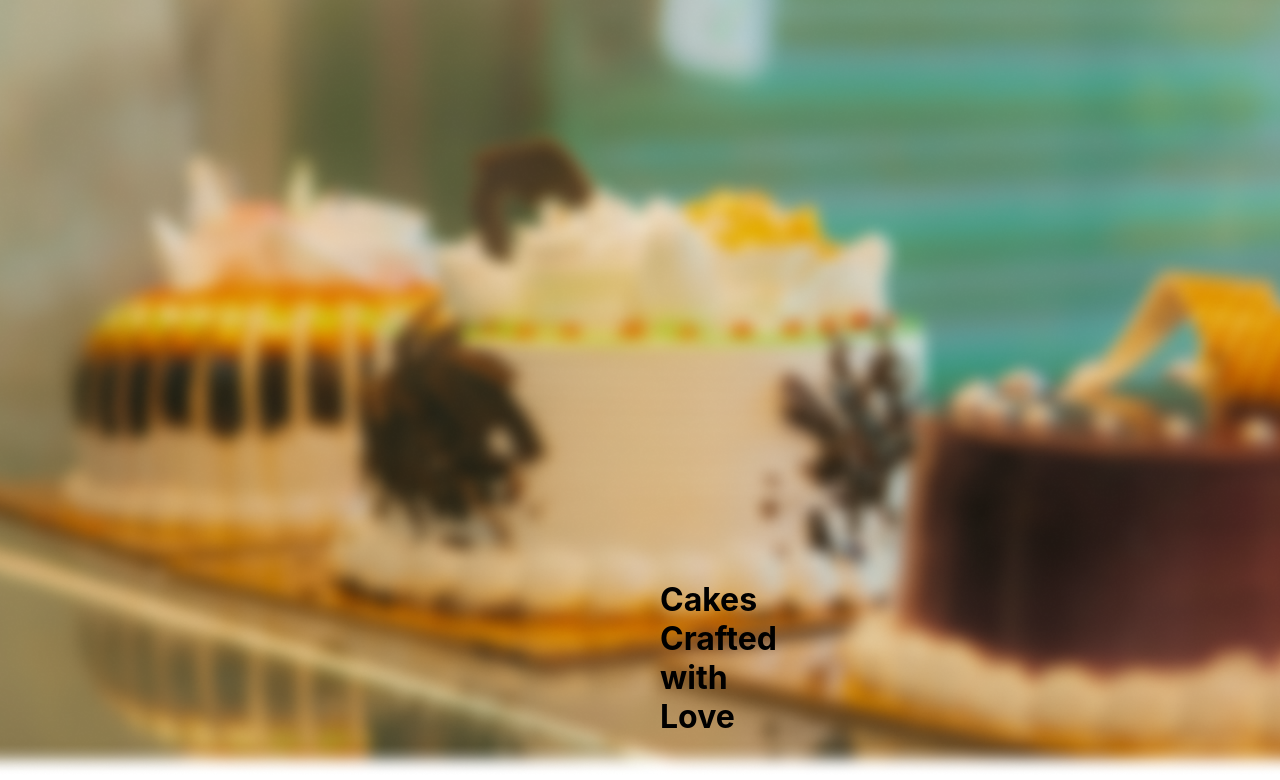
Repository: MEROO1010/cake-box-website
Page: / (app in Cake_box/cake_website/cake_frontend/)
These files come from the project's save history. The page is drawn as it stood at one moment and after the next save; the edit follows.
The browser window is 1280 px wide. The pictures show the whole page.
The project was rebuilt for these pictures with package versions that can differ from the ones it lists, and the page was loaded fresh each time.

Above is the page before, as saved 2024-10-22 11:55:01.

### Cake_box/cake_website/cake_frontend/src/App.jsx
import { BrowserRouter as Router, Routes, Route } from 'react-router-dom';
import  Homepage from './components/HomePage/Homepage';

function App() {
    return (
        <Router>
            <Routes>
                <Route path="/" element={<Homepage />} />
            </Routes>
        </Router>
    );
}

export default App;

### Cake_box/cake_website/cake_frontend/src/components/HomePage/Homepage.jsx
import React from 'react'
import Homepagebg from '../assets/HomePage.png';
import styled from 'styled-components';

const Homepage = () => {
  return (
    <Container>

    <img src={Homepagebg} alt=""/>

    <h1>Cakes<br/> Crafted<br/> with<br/> Love</h1>

    </Container>
  )
}

export default Homepage

const Container = styled.div `
   img{
    width: 100%;

   }

   h1{
    color:black;
    margin-left:660px;
    margin-top:-200px;
    padding-bottom:10px;
   }

  `

Loaded but not shown: Cake_box/cake_website/cake_frontend/public/index.html (common file); Cake_box/cake_website/cake_frontend/src/index.js (common file); Cake_box/cake_website/cake_frontend/src/index.css (common file); Cake_box/cake_website/cake_frontend/src/reportWebVitals.js (common file)

After the next save:
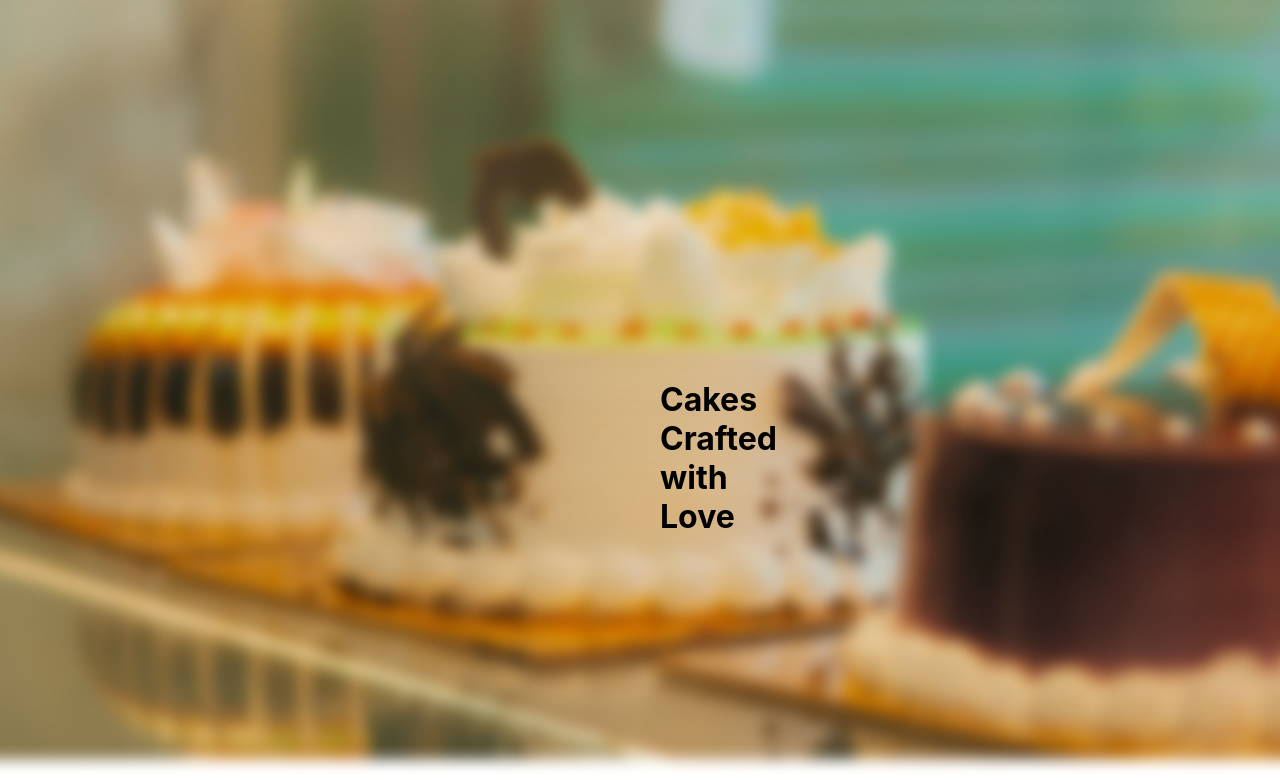
Saved 8 s later.
--- a/Cake_box/cake_website/cake_frontend/src/components/HomePage/Homepage.jsx
+++ b/Cake_box/cake_website/cake_frontend/src/components/HomePage/Homepage.jsx
@@ -25,7 +25,7 @@
    h1{
     color:black;
     margin-left:660px;
-    margin-top:-200px;
+    margin-top:-400px;
     padding-bottom:10px;
    }
 

After the 3 saves that followed:
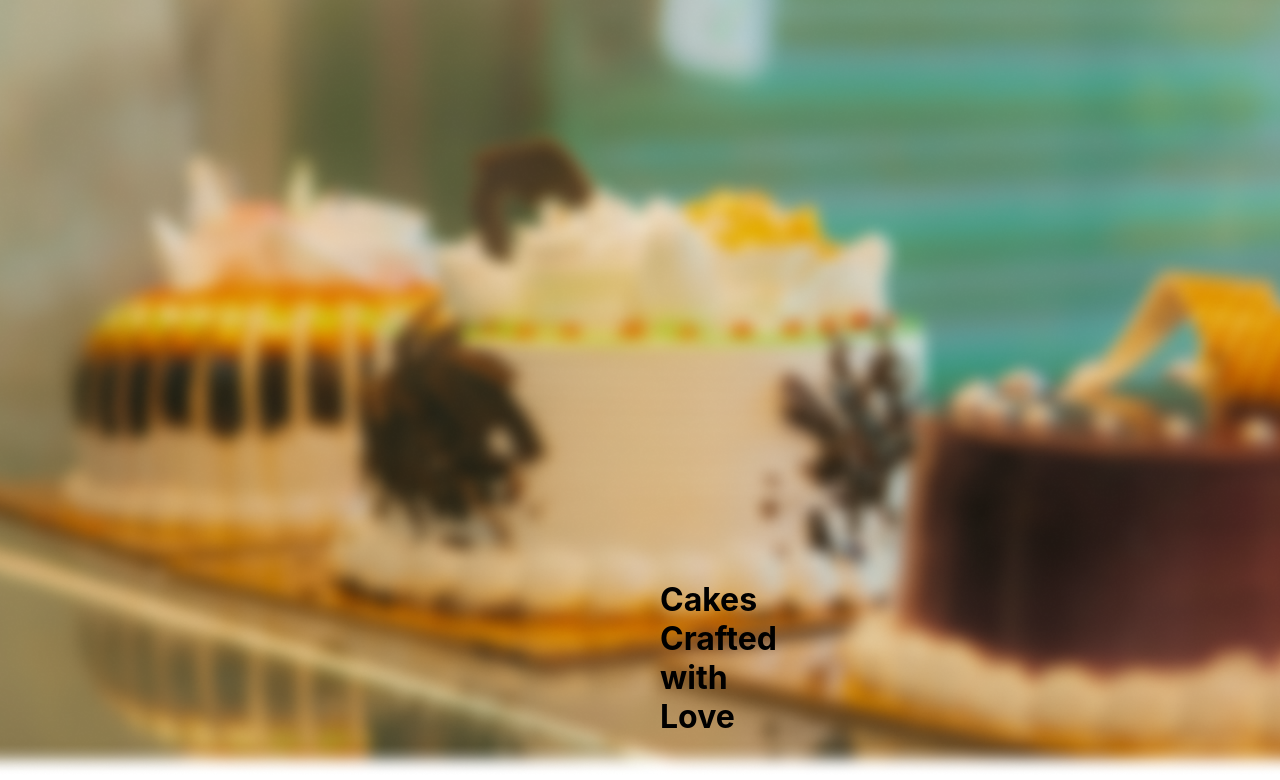
The 3 saves are shown as one change because they came seconds apart.
The last was saved 9 s later.
--- a/Cake_box/cake_website/cake_frontend/src/components/HomePage/Homepage.jsx
+++ b/Cake_box/cake_website/cake_frontend/src/components/HomePage/Homepage.jsx
@@ -25,7 +25,7 @@
    h1{
     color:black;
     margin-left:660px;
-    margin-top:-400px;
+    margin-top:-200px;
     padding-bottom:10px;
    }
 
